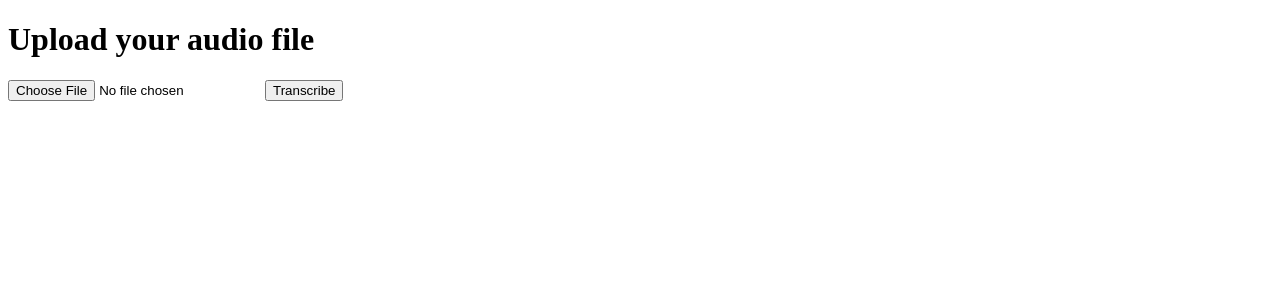
Repository: dyabel/audio_transcription
Page: http://localhost/
An editor plug-in stored every save of this project. The page is shown before and after the next save, followed by the edit.
The browser window is 1280 px wide. The pictures show the whole page.
The page is served by the project's application, run on Flask 3 (app.py).

Above is the page before, as saved 2023-09-10 21:34:55.

After the next save:
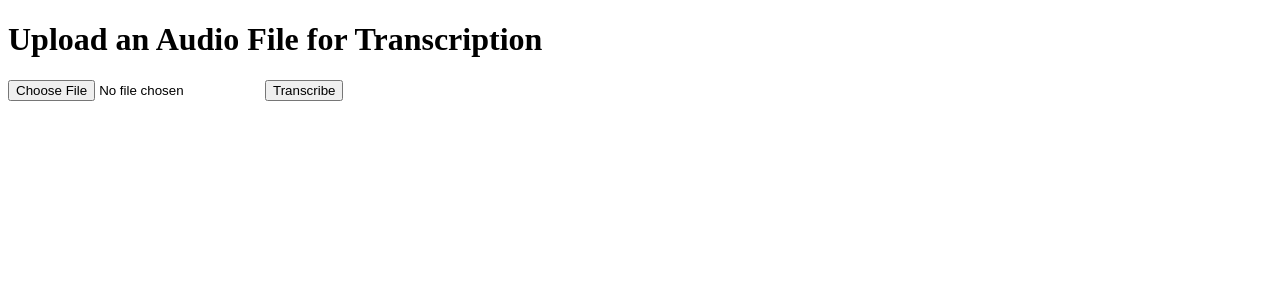
Saved 31 s later.
--- a/templates/index.html
+++ b/templates/index.html
@@ -4,25 +4,10 @@
     <title>Audio Transcription</title>
 </head>
 <body>
-    <h1>Upload your audio file</h1>
-    <input type="file" id="audioFile" accept="audio/*">
-    <button onclick="transcribe()">Transcribe</button>
-    <p id="result"></p>
-
-    <script>
-        async function transcribe() {
-            const audioFile = document.getElementById('audioFile').files[0];
-            const formData = new FormData();
-            formData.append('audio_data', audioFile);
-
-            const response = await fetch('/transcribe', {
-                method: 'POST',
-                body: formData
-            });
-
-            const data = await response.json();
-            document.getElementById('result').innerText = data.transcription;
-        }
-    </script>
+    <h1>Upload an Audio File for Transcription</h1>
+    <form action="/transcribe" method="post" enctype="multipart/form-data">
+        <input type="file" name="audio" accept="audio/*">
+        <input type="submit" value="Transcribe">
+    </form>
 </body>
 </html>
